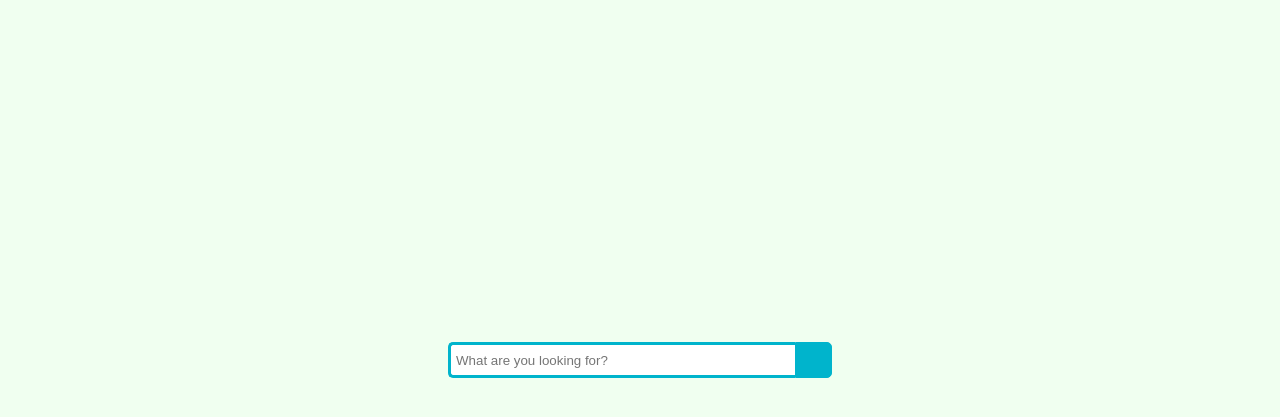
Repository: chenhongye11/DiDongBaBong
Page: didongbabong/src/main/webapp/public/start.html
An editor plug-in stored every save of this project. The page is shown before and after the next save, followed by the edit.
The browser window is 1280 px wide. The pictures show the whole page.
Some web libraries are served in a nearby version.

Above is the page before, as saved 2021-01-31 06:43:10.

### didongbabong/src/main/webapp/public/start.html
<!DOCTYPE html>
<html>
<head>
<style>
@import url(https://fonts.googleapis.com/css?family=Open+Sans);

body{
/* background image
  Background-image:url("basket.jpg");
  background-repeat: no-repeat;
  background-size: 1700px 850px;
  */
  margin:0;
  padding:0;
  background-color: #F0FFF0;
  /*font-family: 'Open Sans', sans-serif;*/
}

.search {
  width: 100%;
  position: relative;
  display: flex;
}

.searchTerm {
  width: 100%;
  border: 3px solid #00B4CC;
  border-right: none;
  padding: 5px;
  height: 20px;
  border-radius: 5px 0 0 5px;
  outline: none;
  color: #9DBFAF;
}

.searchTerm:focus{
  color: #00B4CC;
}

.searchButton {
  width: 40px;
  height: 36px;
  border: 1px solid #00B4CC;
  background: #00B4CC;
  text-align: center;
  color: #fff;
  border-radius: 0 5px 5px 0;
  cursor: pointer;
  font-size: 20px;
}

/*Resize the wrap to see the search bar change!*/
.wrap{
  width: 30%;
  position: absolute;
  top: 50%;
  left: 50%;
  transform: translate(-50%, -50%);
}
.food_order{
	width: 30%;
	position: absolute;
	top: 15%;`

	transform: translate(-50%, -50%);
}


</style>

</head>
<body>
<script src="https://ajax.googleapis.com/ajax/libs/jquery/3.5.1/jquery.min.js"></script>
<script>
function tableBody(json_text){
	var obj_array = Object.values(json_text);
    var i;
    var text = "<tr>";
    for (i = 0; i < obj_array.length; i++) {
      text += "<th>";
      text += obj_array[i];
      text += "</th>";
    }
    text+"</tr>"
    return text;
}
var flag = false;
function myFunction() {

  	var a = "<tr><th>Name</th><th>sugar</th><th>carbon</th><th>vitamin_c</th><th>protein</th><th>clories</th><th>fat</th>"
  	+"<th>calcium</th><th>sodium</th><th>iron</th><th>potassium</th><th>copper</th><th>zinc</th><th>vitamin_b_6</th>"
  	+"<th>vitamin_b_12</th> <th>fiber</th> <th>cholesterol</th></tr>"
	var input = $(".searchTerm").val();
	$.get( "find/"+input, function( data ) {
		if (data==null){
			alert("Doesn't find what you are looking for");
		}
		data = JSON.parse(data);
		var tableB = tableBody(data);

		console.log(tableB);

		$(".wrap").css("top", "8%");
		if (flag==false){
			$(".food_order").append(a);
			flag = true;
		}
		$(".food_order").append(tableB);
		});
}
</script>
<div class="wrap">
   <div class="search">
      <input type="text" class="searchTerm" placeholder="What are you looking for?">
      <button type="submit" class="searchButton" onclick="myFunction()">
      <i class="fa fa-search"></i>
     </button>
   </div>
</div>

<table style ="width:100%" class = "food_order">
</table>

</body>



</html>

After the next save:
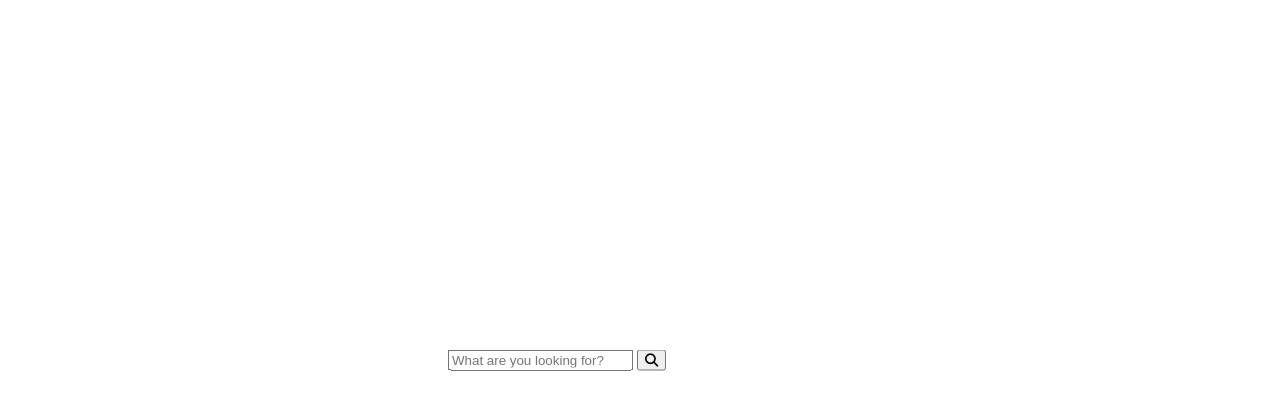
Saved 3 min 48 s later.
--- a/didongbabong/src/main/webapp/public/start.html
+++ b/didongbabong/src/main/webapp/public/start.html
@@ -1,19 +1,13 @@
 <!DOCTYPE html>
 <html>
 <head>
+<script src="https://kit.fontawesome.com/a076d05399.js"></script>
 <style>
 @import url(https://fonts.googleapis.com/css?family=Open+Sans);
 
-body{
-/* background image
-  Background-image:url("basket.jpg");
-  background-repeat: no-repeat;
-  background-size: 1700px 850px;
-  */
-  margin:0;
-  padding:0;
-  background-color: #F0FFF0;
-  /*font-family: 'Open Sans', sans-serif;*/
+/*body{
+  background: #f2f2f2;
+  font-family: 'Open Sans', sans-serif;
 }
 
 .search {
@@ -47,7 +41,7 @@
   border-radius: 0 5px 5px 0;
   cursor: pointer;
   font-size: 20px;
-}
+}*/
 
 /*Resize the wrap to see the search bar change!*/
 .wrap{
